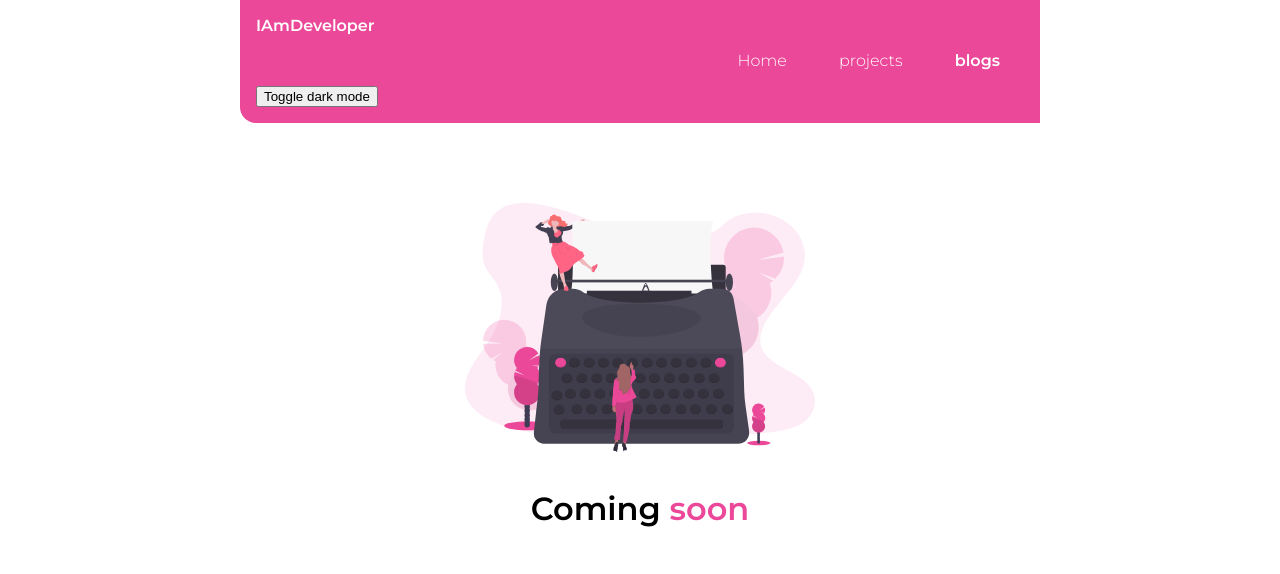
Repository: sohan2503001/Portfolio
Page: blogs.html
The author's editor kept a copy of each file at every save. The page is drawn from the files as they stood at one save, then again after the next save.
The browser window is 1280 px wide. The pictures show the whole page.

Above is the page before, as saved 2021-04-12 13:32:17.

After the next save:
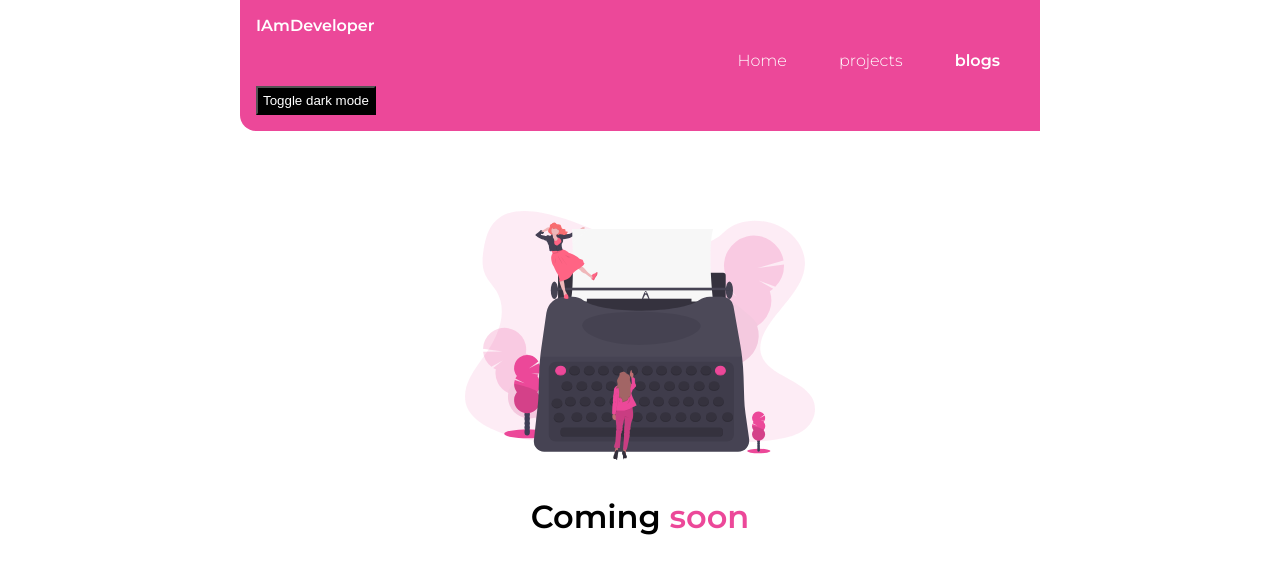
Saved 62 s later.
--- a/blogs.html
+++ b/blogs.html
@@ -20,7 +20,7 @@
             <a class="link link-active" href="blogs.html">blogs</a>
           </li>
         </ul>
-        <button onclick="myFunction()">Toggle dark mode</button>
+        <button onclick="myFunction()" class="button-dark">Toggle dark mode</button>
       </nav>
 
 
